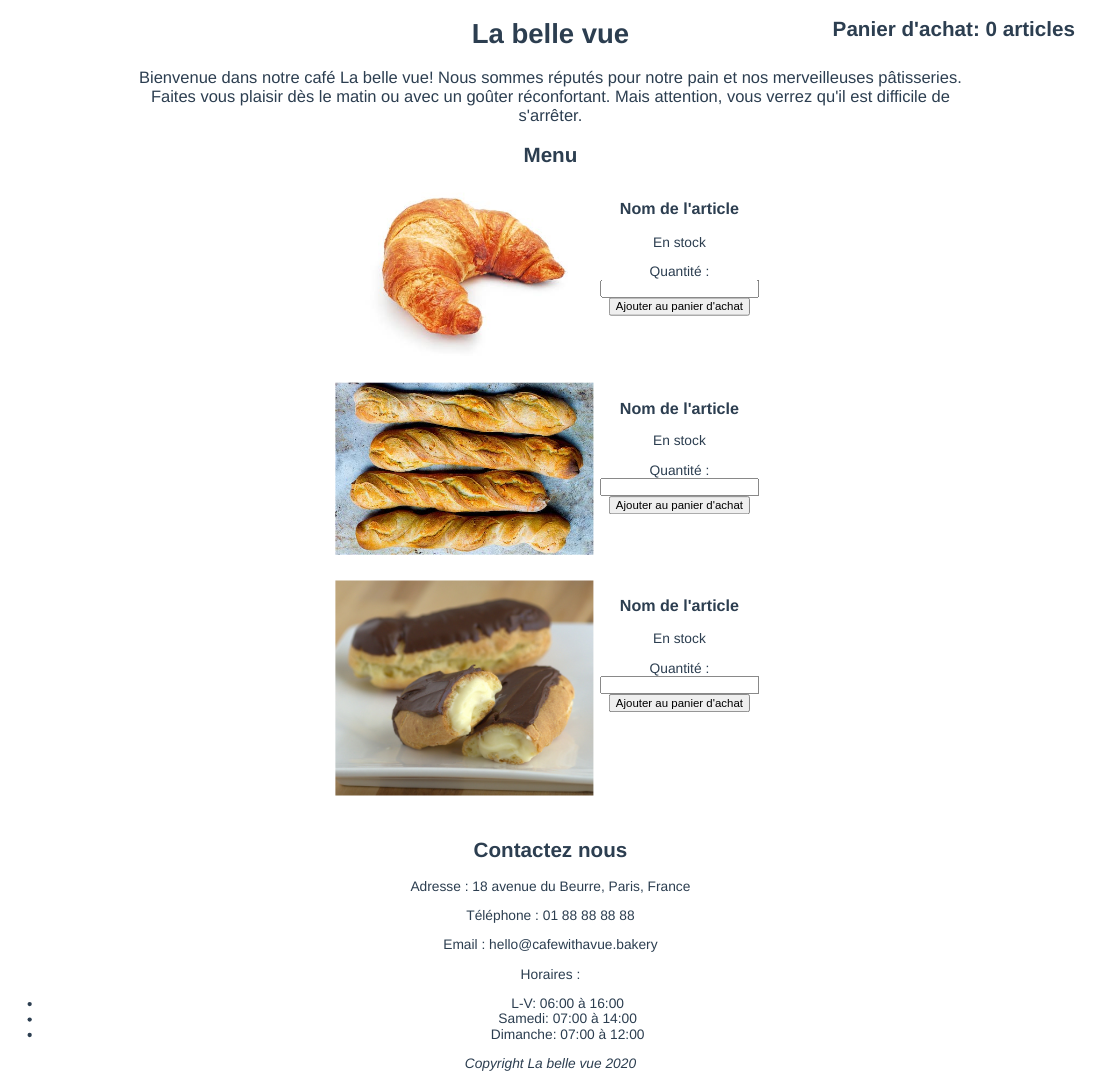
Repository: arione15/OC-tuto_cafe-avec-vue_Vue.js
Page: Partie 1 Créez votre première app Vue.js/Vue-fr-P1C4-Begin/cafe-with-a-vue/index.html
These files come from the project's save history. The page is drawn as it stood at one moment and after the next save; the edit follows.
The browser window is 1280 px wide. The pictures show the whole page, at 86% of full size.

Above is the page before, as saved 2021-09-06 16:21:06.

After the next save:
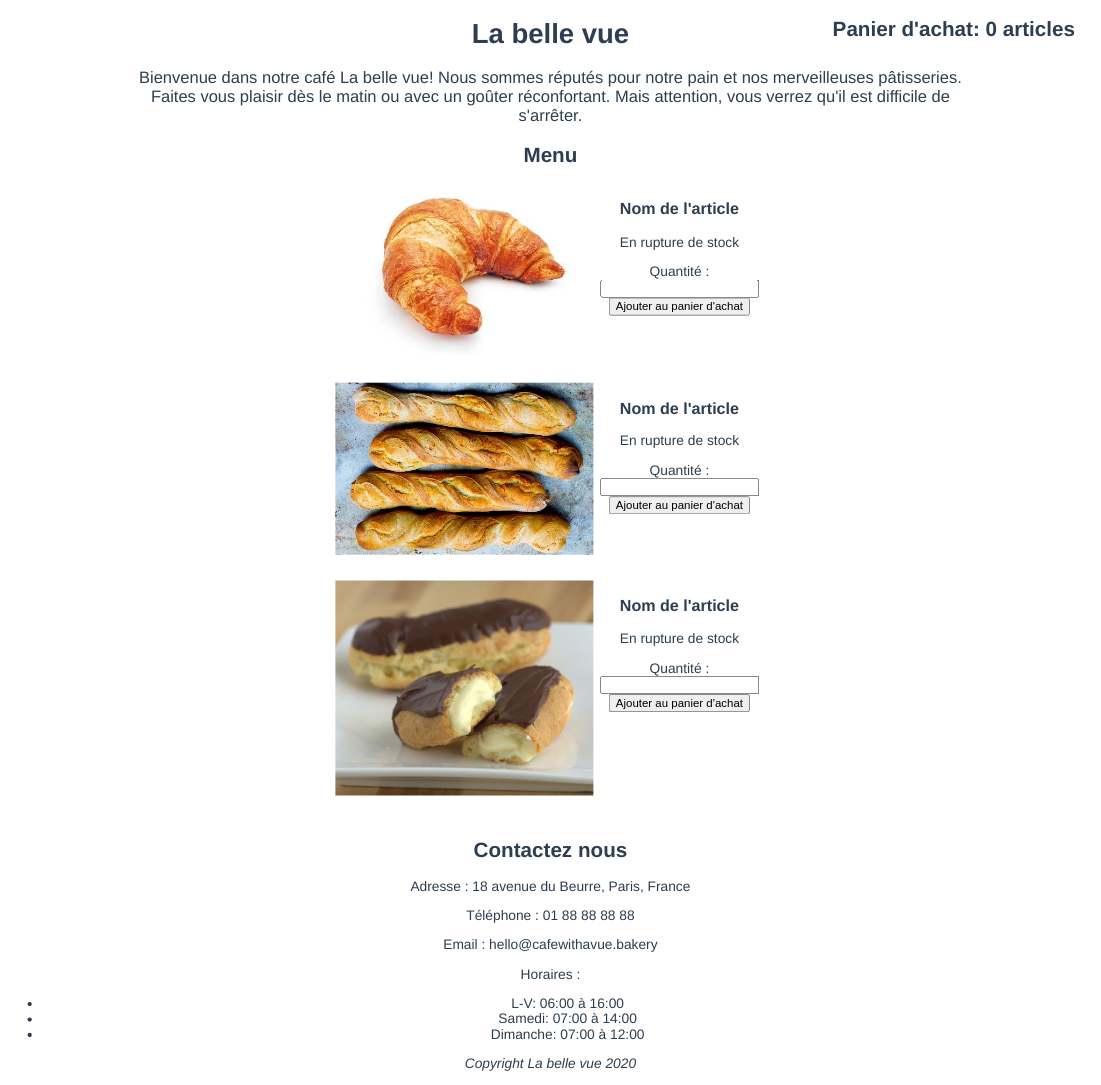
Saved 5 s later.
--- a/Partie 1 Créez votre première app Vue.js/Vue-fr-P1C4-Begin/cafe-with-a-vue/index.html
+++ b/Partie 1 Créez votre première app Vue.js/Vue-fr-P1C4-Begin/cafe-with-a-vue/index.html
@@ -29,7 +29,7 @@
 				/>
 				<div>
 					<h3>Nom de l'article</h3>
-					<p v-if="item">En stock</p>
+					<p v-if="it">En stock</p>
 					<p v-else>En rupture de stock</p>
 					<div>
 						<label for="add-item-quantity">Quantité :</label>
